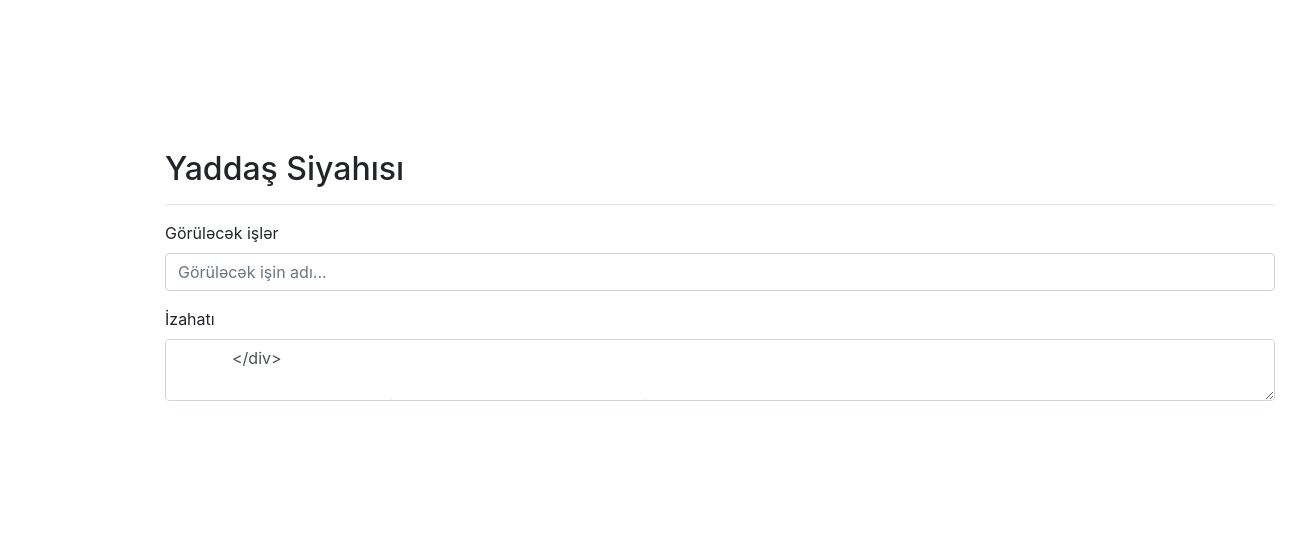
Repository: elvinyeka/ToDoApp
Page: http://localhost/
An editor plug-in stored every save of this project. The page is shown before and after the next save, followed by the edit.
The browser window is 1280 px wide. The page is 1290 px wide, so the pictures cover 1290 px, including what lies to the right of the window. The pictures show the whole page.
Some web libraries are served in a nearby version. The page is served by the project's application, run on Flask 3 (todo.py).

Above is the page before, as saved 2020-09-27 20:07:40.

After the next save:
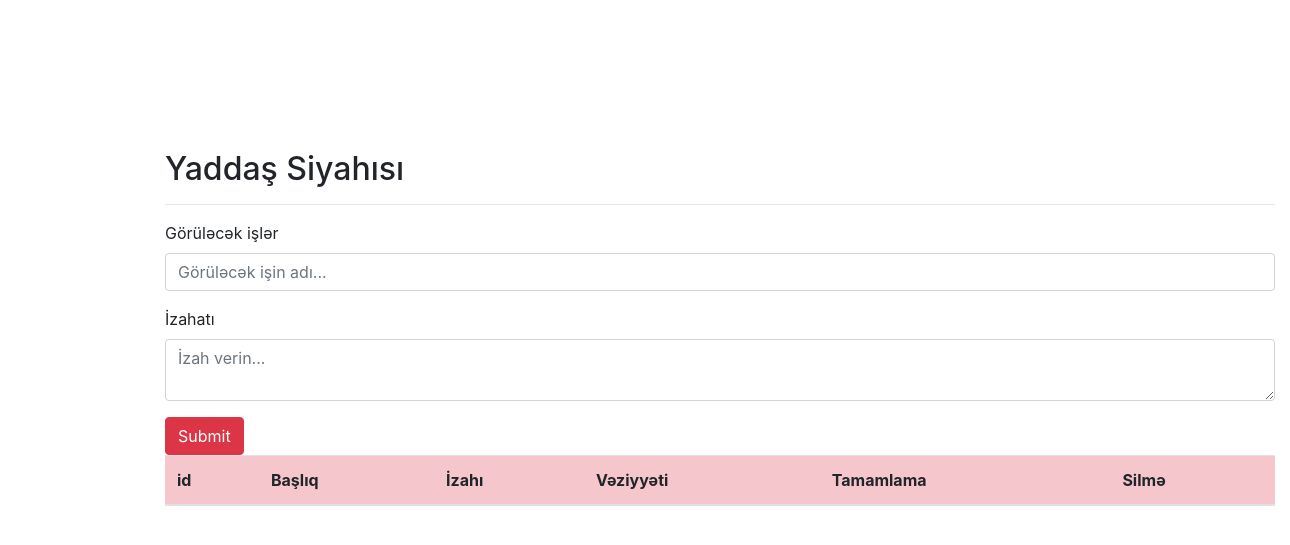
Saved 34 s later.
--- a/templates/index.html
+++ b/templates/index.html
@@ -19,7 +19,7 @@
             </div>
             <div class="form-group">
                 <label for="explanation">İzahatı</label>
-                <textarea type="text" name="content" class="form-control" id="explanation" placeholder="İzah verin...">
+                <textarea type="text" name="content" class="form-control" id="explanation" placeholder="İzah verin..."></textarea>
             </div>
 
             <button type="submit" class="btn btn-danger">Submit</button>
